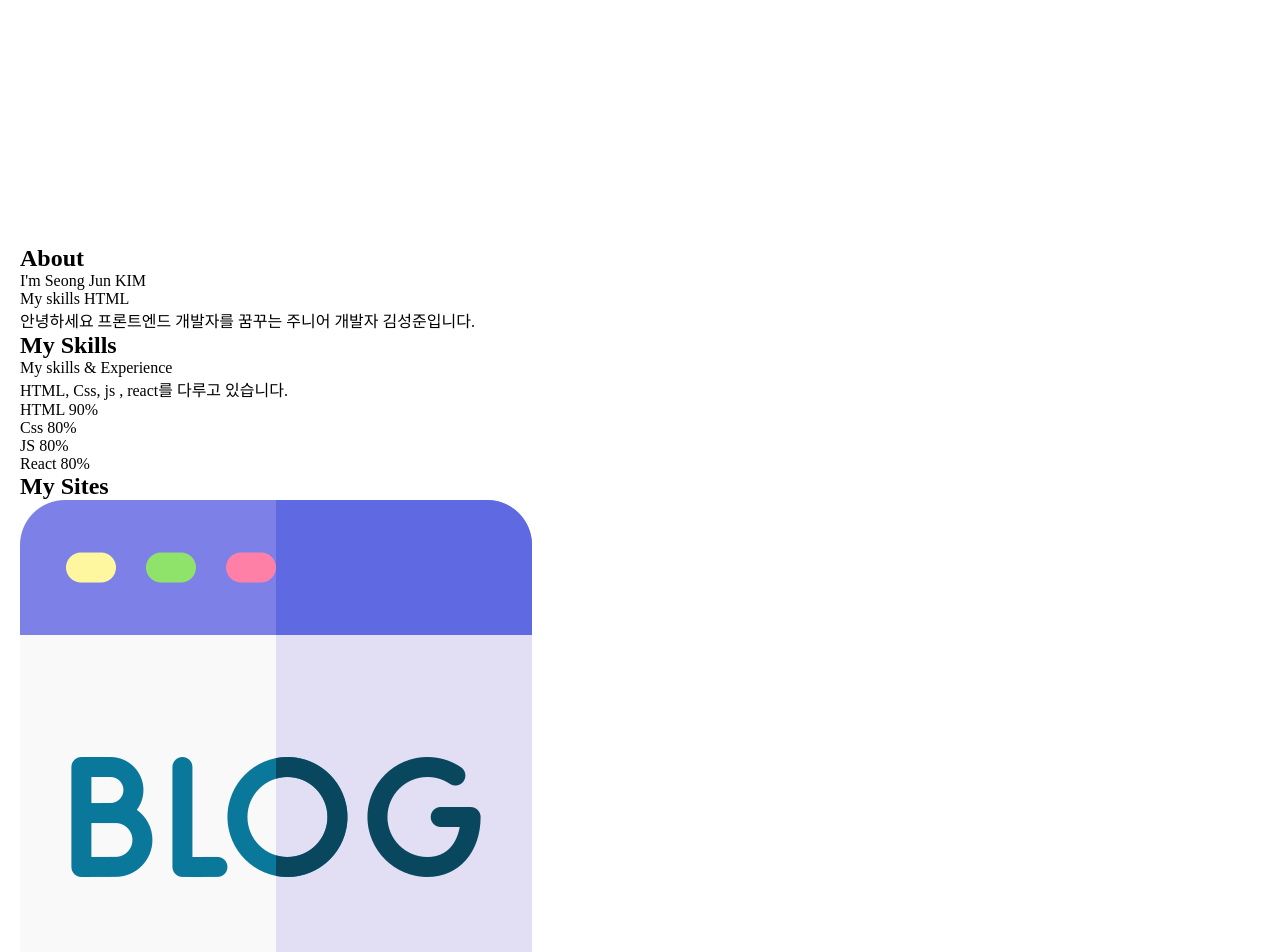
Repository: jun01270/jun
Page: index.html
An editor plug-in stored every save of this project. The page is shown before and after the next save, followed by the edit.
The browser window is 1280 px wide. The pictures show the part of the page from y = 475 to 1427 px (the page is 2366 px tall before and 2998 px after).
A picture or video elsewhere on the page could not be fetched, so the positions and the page height are approximate. Some web libraries are served in a nearby version.

Above is the page before, as saved 2023-05-09 17:07:15.

After the next save:
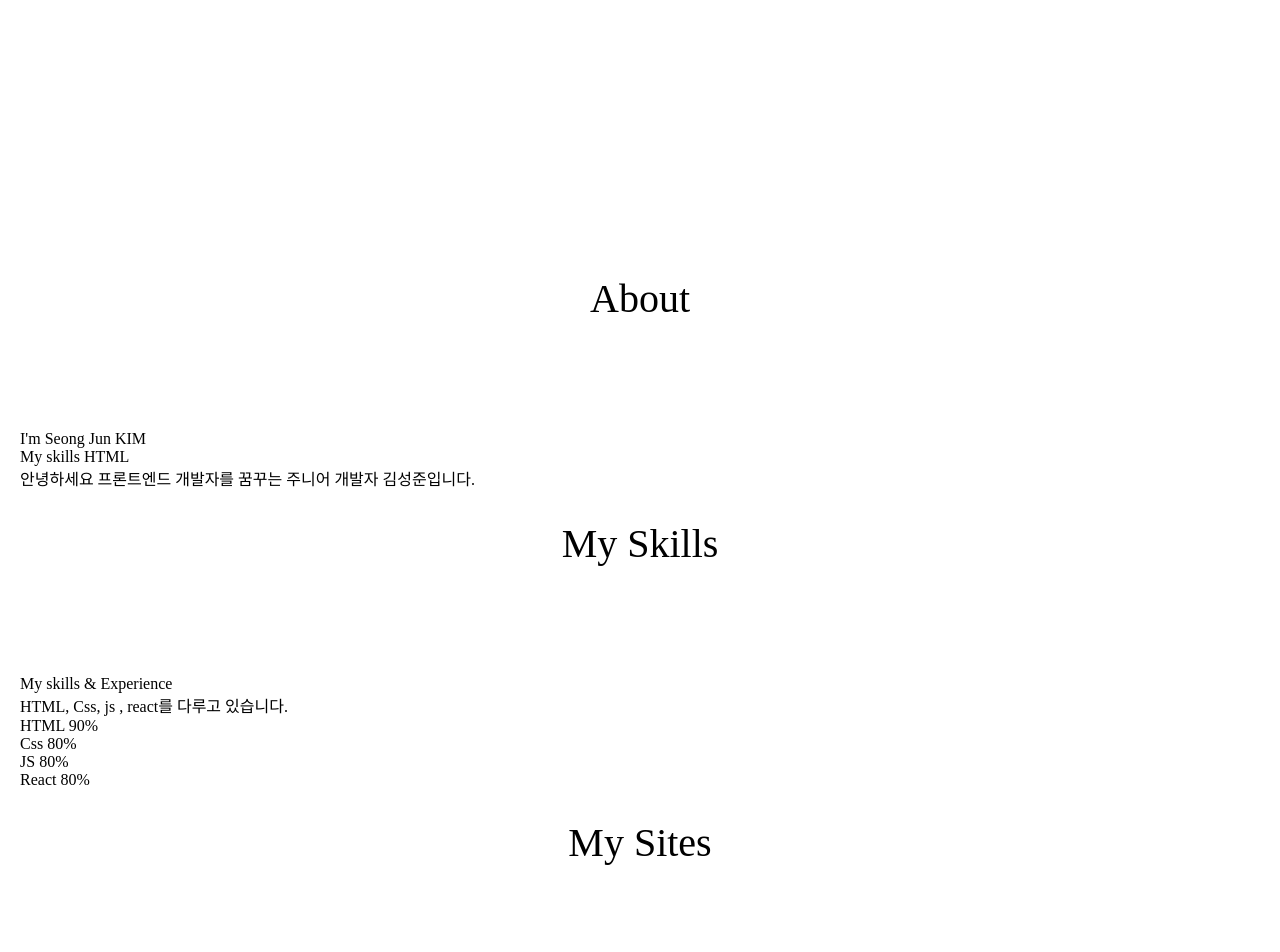
Saved 2 min 51 s later.
--- a/css/style.css
+++ b/css/style.css
@@ -23,6 +23,22 @@ html {
 
 .section {
   padding: 100px 0;
+}
+
+/* .about, .skills, .my-sites, .contact, .footer{
+    //폰트삽입
+} */
+
+.about .title,
+.skills .title,
+.my-sites .title,
+.contact .title {
+  position: relative;
+  text-align: center;
+  font-size: 40px;
+  font-weight: 500;
+  margin: 30px 0 100px 0;
+  padding-bottom: 8px;
 }
 
 .navbar {
